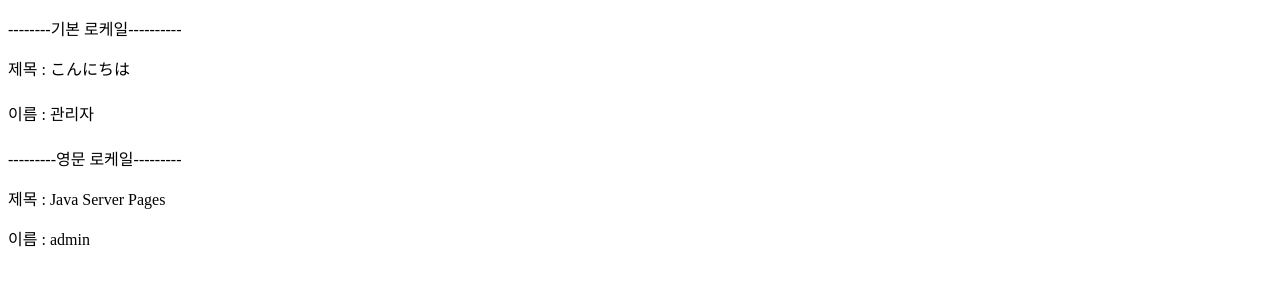
Repository: doyeong123/doyeonggit1
Page: http://localhost/jspbook2/ch09/jstl_fmt01.jsp
These files come from the project's save history. The page is drawn as it stood at one moment and after the next save; the edit follows.
The browser window is 1280 px wide. The pictures show the whole page.
The page is served by Tomcat 9. Other server files are loaded and not shown.

Above is the page before, as saved 2023-12-12 08:30:24.

### jsp/jspbook2/src/main/webapp/ch09/jstl_fmt01.jsp
<%@ page language="java" contentType="text/html; charset=UTF-8"
    pageEncoding="UTF-8"%>
<%@ taglib prefix="fmt" uri="http://java.sun.com/jsp/jstl/fmt" %>
<!DOCTYPE html>
<html>
<head>
<meta charset="UTF-8">
<title>Internationalization</title>
</head>
<body>
	<p>--------기본 로케일----------
	<fmt:setLocale value="ko"/>
		<fmt:setBundle basename="bundle.myBundle" var="resourceBundles"/>
	<p> 제목 : <fmt:message key="title" bundle="${resourceBundles}"/>
	<p> <fmt:message key="username" var="userMsg" bundle="${resourceBundles}"/>

		이름 : ${userMsg}

	<p>---------영문 로케일---------
		<fmt:setLocale value="en"/>
		<fmt:setBundle basename="bundle.myBundle" var="resourceBundle"/>
	<p> 제목 : <fmt:message key="title" bundle="${resourceBundle}"/>
	<p> 이름 : <fmt:message key="username" bundle="${resourceBundle}"/>
</body>
</html>

After the next save:
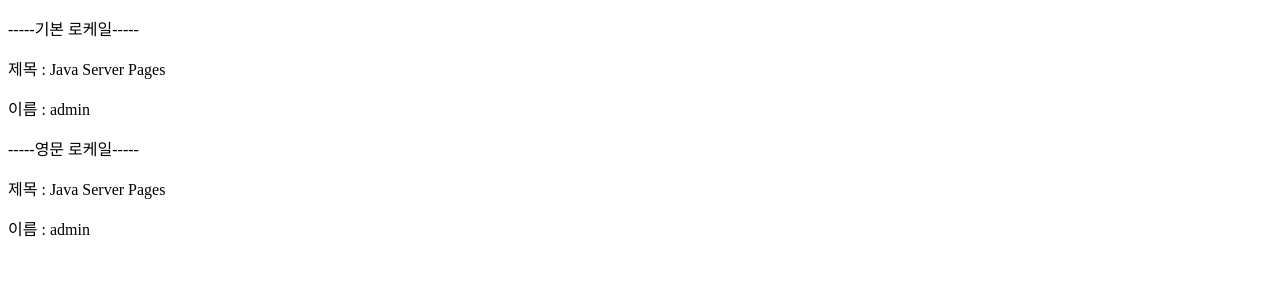
Saved 61 s later.
--- a/jsp/jspbook2/src/main/webapp/ch09/jstl_fmt01.jsp
+++ b/jsp/jspbook2/src/main/webapp/ch09/jstl_fmt01.jsp
@@ -1,25 +1,22 @@
 <%@ page language="java" contentType="text/html; charset=UTF-8"
     pageEncoding="UTF-8"%>
-<%@ taglib prefix="fmt" uri="http://java.sun.com/jsp/jstl/fmt" %>
+<%@ taglib prefix="fmt" uri="http://java.sun.com/jsp/jstl/fmt"%>
 <!DOCTYPE html>
 <html>
 <head>
 <meta charset="UTF-8">
-<title>Internationalization</title>
+<title>Insert title here</title>
 </head>
 <body>
-	<p>--------기본 로케일----------
-	<fmt:setLocale value="ko"/>
-		<fmt:setBundle basename="bundle.myBundle" var="resourceBundles"/>
-	<p> 제목 : <fmt:message key="title" bundle="${resourceBundles}"/>
-	<p> <fmt:message key="username" var="userMsg" bundle="${resourceBundles}"/>
-
-		이름 : ${userMsg}
-
-	<p>---------영문 로케일---------
-		<fmt:setLocale value="en"/>
-		<fmt:setBundle basename="bundle.myBundle" var="resourceBundle"/>
-	<p> 제목 : <fmt:message key="title" bundle="${resourceBundle}"/>
-	<p> 이름 : <fmt:message key="username" bundle="${resourceBundle}"/>
+   <p>-----기본 로케일-----
+      <fmt:setBundle basename="bundle/myBundle" var="resourceBundle"/>
+   <p> 제목 : <fmt:message key="title" bundle="${resourceBundle}"/>
+   <p> <fmt:message key="username" var="userMsg" bundle="${resourceBundle}"/>
+      이름 : ${userMsg}
+   <p>-----영문 로케일-----
+      <fmt:setLocale value="en"/>
+      <fmt:setBundle basename="bundle/myBundle" var="resourceBundle"/>
+   <p> 제목 : <fmt:message key="title" bundle="${resourceBundle}"/>
+   <p> 이름 : <fmt:message key="username" bundle="${resourceBundle}"/>
 </body>
 </html>
